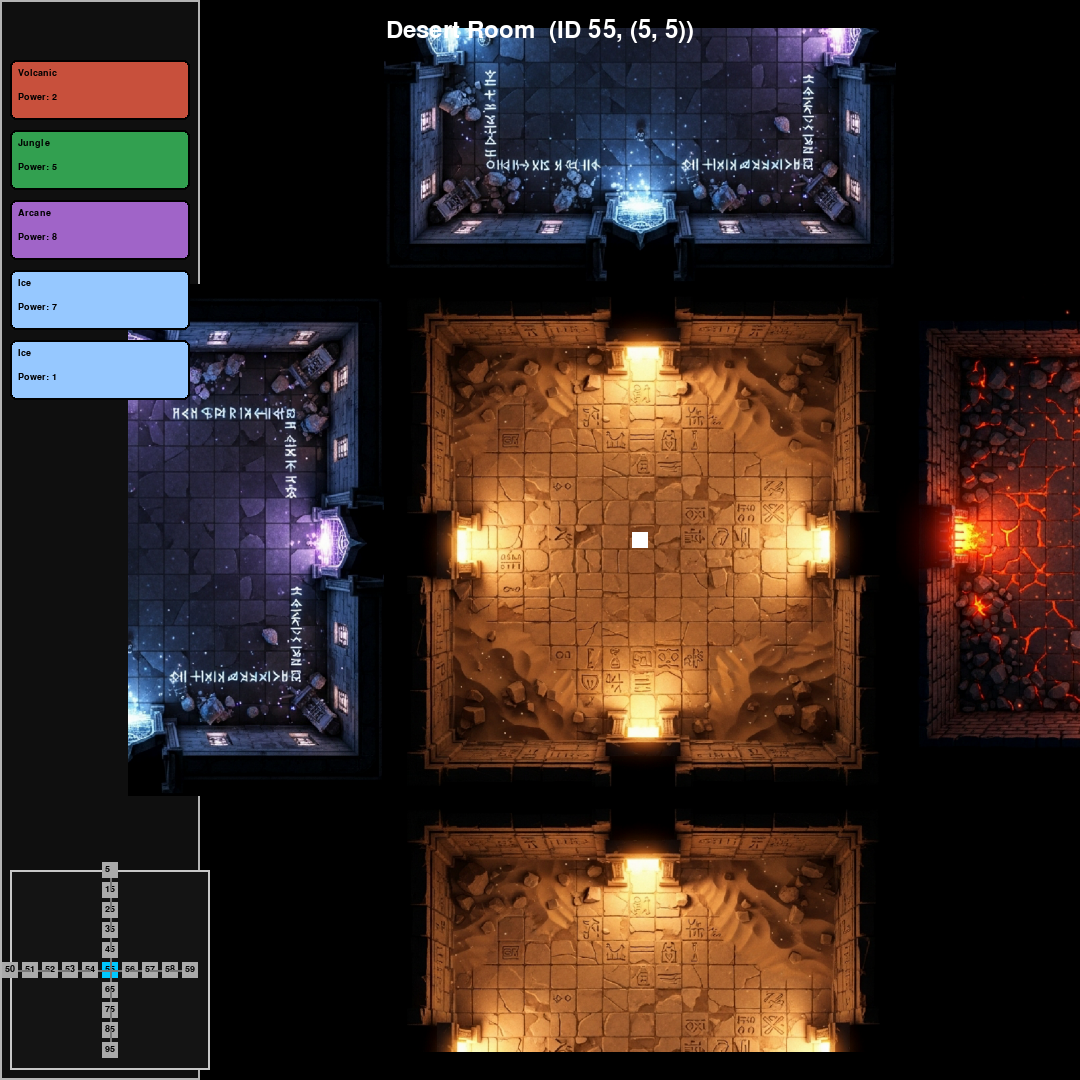
Repository: MehediMim/GateBound
Script's output: python main.py
The author's editor kept a copy of each file at every save. The script's output is drawn from the files as they stood at one save, then again after the next save.
The window is shown after at most 60 frames with no key pressed. Random numbers start from a fixed seed. It also reads assets/bg_arcane.png, assets/bg_desert.png, assets/bg_ice.png, assets/bg_jungle.png, assets/bg_volcanic.png.

Above is the script's output before, as saved 2026-01-26 18:57:09.

### main.py
import pygame
import sys
import random

# =========================
# CONFIG
# =========================
SCREEN = 1080
ROOM_ORIGINAL = 1024
ROOM_SCALE = 0.5
ROOM_DRAW = int(ROOM_ORIGINAL * ROOM_SCALE)  # 512
FPS = 60
PLAYER_SPEED = 5
DEBUG = False



GRID_W = 10
GRID_H = 10

# =========================
# CARD CONFIG
# =========================
CARD_TYPES = ["Jungle", "Desert", "Ice", "Volcanic", "Arcane"]
CARD_MIN_POWER = 1
CARD_MAX_POWER = 9
MAX_CARDS = 5



# =========================
# INIT
# =========================
pygame.init()
screen = pygame.display.set_mode((SCREEN, SCREEN))
pygame.display.set_caption("Tower Puzzle — Rooms (10x10)")
clock = pygame.time.Clock()
font = pygame.font.SysFont(None, 36)
map_font = pygame.font.SysFont(None, 14)

# =========================
# ROOM TYPES + BG
# =========================
ROOM_TYPES = ["Jungle", "Desert", "Ice", "Volcanic", "Arcane"]

BG_RAW = {
    "Jungle": pygame.image.load("assets/bg_jungle.png").convert(),
    "Desert": pygame.image.load("assets/bg_desert.png").convert(),
    "Ice": pygame.image.load("assets/bg_ice.png").convert(),
    "Volcanic": pygame.image.load("assets/bg_volcanic.png").convert(),
    "Arcane": pygame.image.load("assets/bg_arcane.png").convert(),
}

BG = {k: pygame.transform.smoothscale(v, (ROOM_DRAW, ROOM_DRAW)) for k, v in BG_RAW.items()}

# =========================
# LAYOUT
# =========================
SIDEBAR_W = 200
GAME_W = SCREEN - SIDEBAR_W
GAME_H = SCREEN

# =========================
# CENTER ROOM RECT (SCREEN SPACE)
# =========================
GAME_BOX_RECT = pygame.Rect(
    SIDEBAR_W + (GAME_W - ROOM_DRAW) // 2,
    (SCREEN - ROOM_DRAW) // 2,
    ROOM_DRAW,
    ROOM_DRAW
)

ROOM_RECT = GAME_BOX_RECT.copy()



# Door hitboxes around the center room (screen space)
DOORS = {
    "top":    pygame.Rect(ROOM_RECT.centerx - 56, ROOM_RECT.top - 112, 112, 112),
    "bottom": pygame.Rect(ROOM_RECT.centerx - 56, ROOM_RECT.bottom,     112, 112),
    "left":   pygame.Rect(ROOM_RECT.left - 112,   ROOM_RECT.centery - 56, 112, 112),
    "right":  pygame.Rect(ROOM_RECT.right,        ROOM_RECT.centery - 56, 112, 112),
}

# Allow player to reach doors
WALK_RECT = ROOM_RECT.copy()
for r in DOORS.values():
    WALK_RECT.union_ip(r)


SPAWN = ROOM_RECT.center

# =========================
# FIXED 10x10 WORLD (PERSISTENT)
# =========================
rooms = {}

def room_id(x, y):
    return y * GRID_W + x

def id_to_xy(rid):
    return (rid % GRID_W, rid // GRID_W)

def create_world():
    for y in range(GRID_H):
        for x in range(GRID_W):
            rid = room_id(x, y)

            links = {}
            if y > 0:              links["top"] = room_id(x, y - 1)
            if y < GRID_H - 1:     links["bottom"] = room_id(x, y + 1)
            if x > 0:              links["left"] = room_id(x - 1, y)
            if x < GRID_W - 1:     links["right"] = room_id(x + 1, y)

            rooms[rid] = {
                "id": rid,
                "pos": (x, y),
                "type": random.choice(ROOM_TYPES),  # random ONCE
                "links": links
            }

create_world()
current = room_id(GRID_W // 2, GRID_H // 2)

# =========================
# PLAYER
# =========================
player = pygame.Rect(0, 0, 16, 16)
player.center = SPAWN




# =========================
# CARDS
# =========================
cards = []

def create_random_card():
    return {
        "type": random.choice(CARD_TYPES),
        "power": random.randint(CARD_MIN_POWER, CARD_MAX_POWER)
    }

def init_cards():
    cards.clear()
    for _ in range(MAX_CARDS):
        cards.append(create_random_card())



def print_cards():
    print("---- CARDS ----")
    for i, c in enumerate(cards):
        print(f"{i}: {c['type']} ({c['power']})")
    print("---------------")

init_cards()
print_cards()
print("CARDS AT START:", cards)




# =========================
# MOVEMENT + ROOM CHANGE
# =========================
def move(dx, dy):
    player.x += dx
    player.y += dy
    player.clamp_ip(WALK_RECT)

def print_room_list():
    print("====== ROOM LIST (10x10) ======")
    for rid in range(GRID_W * GRID_H):
        print(f"Room {rid:02d} @ {rooms[rid]['pos']}: {rooms[rid]['type']}")
    print("===============================")

def change_room(direction):
    global current
    if direction in rooms[current]["links"]:
        current = rooms[current]["links"][direction]
        player.center = SPAWN

        r = rooms[current]
        print("---- ROOM CHANGE ----")
        print("Current:", current, "Grid:", r["pos"], "Type:", r["type"])
        for k in ("top", "left", "right", "bottom"):
            print(f"  {k} ->", r["links"].get(k))
        print("---------------------")

def handle_doors():
    for direction, rect in DOORS.items():
        if player.colliderect(rect):
            change_room(direction)
            break

# =========================
# DEBUG DRAW
# =========================
def draw_debug():
    pygame.draw.rect(screen, (0, 255, 0), ROOM_RECT, 2)
    pygame.draw.rect(screen, (255, 255, 0), WALK_RECT, 2)
    for name, r in DOORS.items():
        pygame.draw.rect(screen, (255, 0, 0), r, 2)
        t = map_font.render(name, True, (255, 0, 0))
        screen.blit(t, (r.x + 5, r.y + 5))
    pygame.draw.rect(screen, (0, 150, 255), player, 2)

def draw_debug_info():
    y = 60
    line_h = 20
    room = rooms[current]

    def line(text):
        nonlocal y
        screen.blit(font.render(text, True, (255, 255, 0)), (10, y))
        y += line_h

    line(f"Room ID: {current}  Grid: {room['pos']}  Type: {room['type']}")
    line(f"Top: {room['links'].get('top')}")
    line(f"Left: {room['links'].get('left')}")
    line(f"Right: {room['links'].get('right')}")
    line(f"Bottom: {room['links'].get('bottom')}")

# =========================
# MINIMAP (CROSS: MAX 5 EACH SIDE)
# =========================
def draw_minimap():
    panel_size = 200
    panel_x = 10
    panel_y = SCREEN - panel_size - 10


    node = 16
    gap = 4
    step = node + gap

    center_x = panel_x + panel_size // 2 - node // 2
    center_y = panel_y + panel_size // 2 - node // 2

    pygame.draw.rect(screen, (20, 20, 20), (panel_x, panel_y, panel_size, panel_size))
    pygame.draw.rect(screen, (200, 200, 200), (panel_x, panel_y, panel_size, panel_size), 2)

    # center
    pygame.draw.rect(screen, (0, 200, 255), (center_x, center_y, node, node))
    screen.blit(map_font.render(str(current), True, (0, 0, 0)), (center_x + 3, center_y + 2))

    for d, (dx, dy) in {
        "top": (0, -1),
        "bottom": (0, 1),
        "left": (-1, 0),
        "right": (1, 0),
    }.items():
        rid = current
        cx, cy = center_x, center_y

        for _ in range(5):
            nxt = rooms[rid]["links"].get(d)
            if nxt is None:
                break

            cx += dx * step
            cy += dy * step

            pygame.draw.line(
                screen, (120, 120, 120),
                (cx + node // 2 - dx * step, cy + node // 2 - dy * step),
                (cx + node // 2, cy + node // 2),
                2
            )

            pygame.draw.rect(screen, (170, 170, 170), (cx, cy, node, node))
            screen.blit(map_font.render(str(nxt), True, (0, 0, 0)), (cx + 3, cy + 2))

            rid = nxt
def draw_cards():
    x = 10
    y = 60
    w = SIDEBAR_W - 20
    h = 60
    gap = 10

    for i, c in enumerate(cards):
        color = {
            "Jungle": (50, 160, 80),
            "Desert": (200, 180, 80),
            "Ice": (150, 200, 255),
            "Volcanic": (200, 80, 60),
            "Arcane": (160, 100, 200)
        }[c["type"]]

        rect = pygame.Rect(x, y + i * (h + gap), w, h)

        pygame.draw.rect(screen, color, rect, border_radius=6)
        pygame.draw.rect(screen, (0, 0, 0), rect, 2, border_radius=6)

        t1 = map_font.render(c["type"], True, (0, 0, 0))
        t2 = map_font.render(f"Power: {c['power']}", True, (0, 0, 0))

        screen.blit(t1, (rect.x + 8, rect.y + 8))
        screen.blit(t2, (rect.x + 8, rect.y + 32))


# =========================
# LOOP
# =========================
while True:
    clock.tick(FPS)

    for e in pygame.event.get():
        if e.type == pygame.QUIT:
            pygame.quit()
            sys.exit()
        if e.type == pygame.KEYDOWN:
            if e.key == pygame.K_p:   # print whole list on demand
                print_room_list()

    k = pygame.key.get_pressed()
    dx = dy = 0
    if k[pygame.K_a] or k[pygame.K_LEFT]:
        dx -= PLAYER_SPEED
    if k[pygame.K_d] or k[pygame.K_RIGHT]:
        dx += PLAYER_SPEED
    if k[pygame.K_w] or k[pygame.K_UP]:
        dy -= PLAYER_SPEED
    if k[pygame.K_s] or k[pygame.K_DOWN]:
        dy += PLAYER_SPEED

    move(dx, dy)
    handle_doors()

    screen.fill((0, 0, 0))   # ✅ ONLY ONCE, FIRST


    # Sidebar background
    pygame.draw.rect(screen, (15, 15, 15), (0, 0, SIDEBAR_W, SCREEN))
    pygame.draw.rect(screen, (180, 180, 180), (0, 0, SIDEBAR_W, SCREEN), 2)

    # Game box background
    pygame.draw.rect(screen, (30, 30, 30), GAME_BOX_RECT)
    pygame.draw.rect(screen, (180, 180, 180), GAME_BOX_RECT, 2)




    # =====================
    # DRAW (HALF PREVIEWS)
    # =====================


    room = rooms[current]
    cx, cy = ROOM_RECT.topleft
    w = h = ROOM_DRAW
    half = w // 2


    # Center room (full)
    screen.blit(BG[room["type"]], (cx, cy))

    # Top room (show bottom half)
    top_id = room["links"].get("top")
    if top_id is not None:
        top_room = rooms[top_id]
        top_img = BG[top_room["type"]].subsurface(pygame.Rect(0, half, w, half))
        screen.blit(top_img, (cx, cy - half))

    # Bottom room (show top half)
    bottom_id = room["links"].get("bottom")
    if bottom_id is not None:
        bottom_room = rooms[bottom_id]
        bottom_img = BG[bottom_room["type"]].subsurface(pygame.Rect(0, 0, w, half))
        screen.blit(bottom_img, (cx, cy + w))

    # Left room (show right half)
    left_id = room["links"].get("left")
    if left_id is not None:
        left_room = rooms[left_id]
        left_img = BG[left_room["type"]].subsurface(pygame.Rect(half, 0, half, h))
        screen.blit(left_img, (cx - half, cy))

    # Right room (show left half)
    right_id = room["links"].get("right")
    if right_id is not None:
        right_room = rooms[right_id]
        right_img = BG[right_room["type"]].subsurface(pygame.Rect(0, 0, half, h))
        screen.blit(right_img, (cx + w, cy))

    # Player
    pygame.draw.rect(screen, (255, 255, 255), player)

    # ---------- UI ----------
    draw_cards()
    draw_minimap()


    # Label
    label = font.render(f"{room['type']} Room  (ID {current}, {room['pos']})", True, (255, 255, 255))
    screen.blit(label, (SCREEN // 2 - label.get_width() // 2, 18))

    if DEBUG:
        draw_debug()
        draw_debug_info()



    pygame.display.flip()

After the next save:
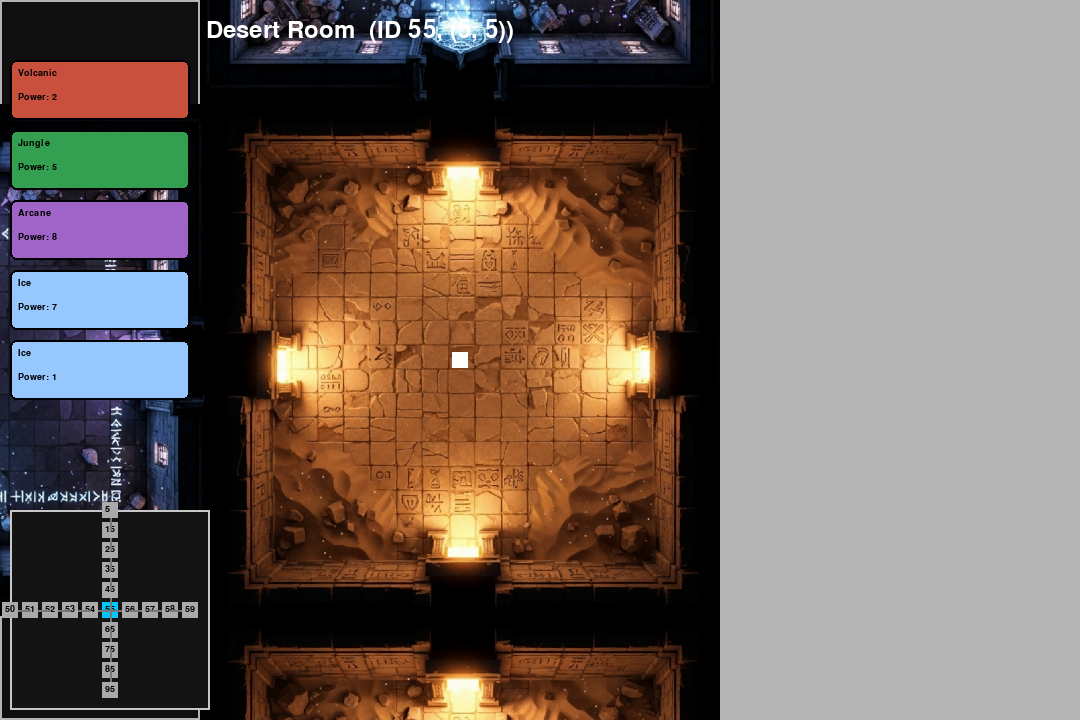
Saved 12 s later.
--- a/main.py
+++ b/main.py
@@ -5,7 +5,7 @@ import random
 # =========================
 # CONFIG
 # =========================
-SCREEN = 1080
+SCREEN = 720
 ROOM_ORIGINAL = 1024
 ROOM_SCALE = 0.5
 ROOM_DRAW = int(ROOM_ORIGINAL * ROOM_SCALE)  # 512
